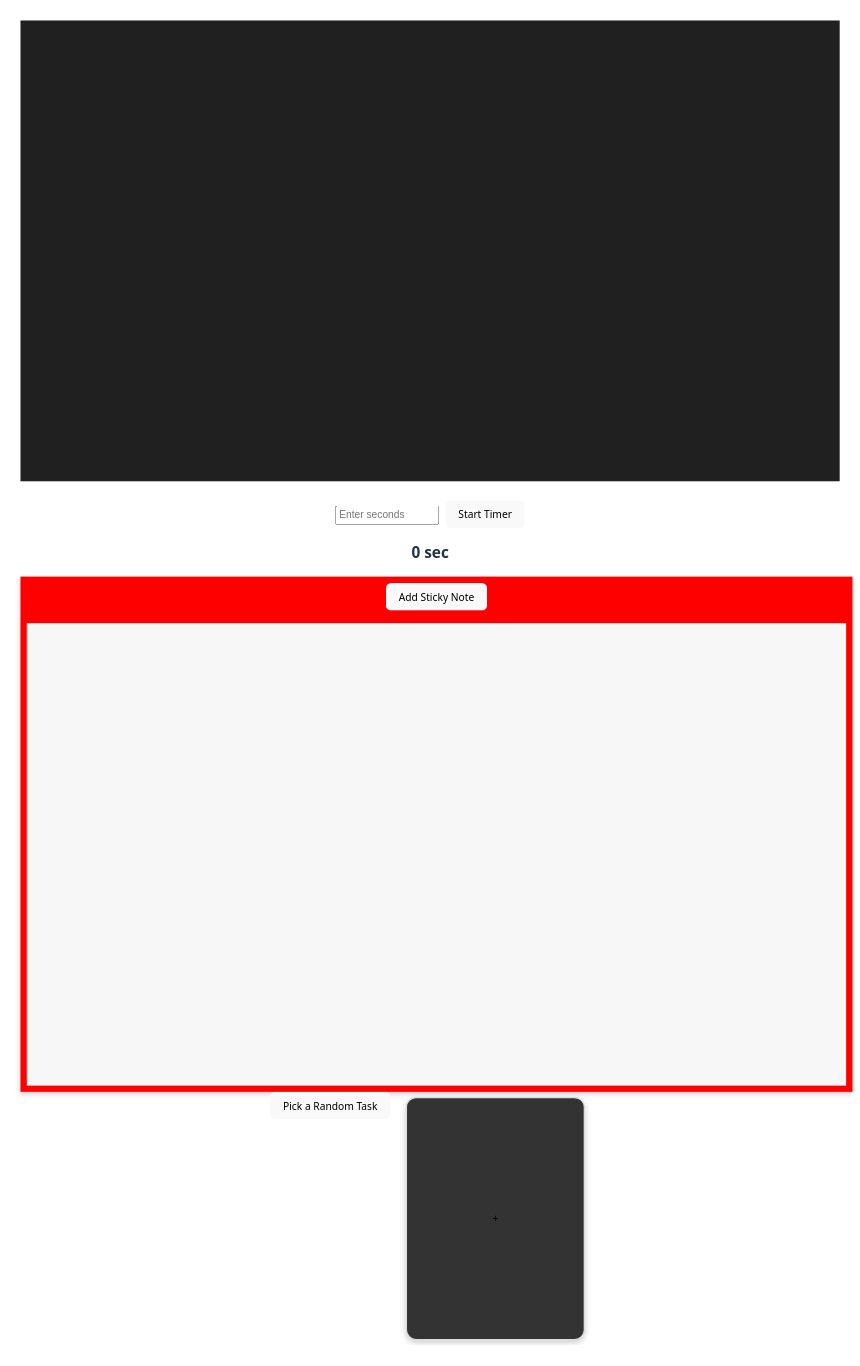
Repository: RamSivaSundaraKarthykeyan/Cards-Task
Page: /
The author's editor kept a copy of each file at every save. The page is drawn from the files as they stood at one save, then again after the next save.
The browser window is 1280 px wide. The page is 1344 px wide, so the pictures cover 1344 px, including what lies to the right of the window. The pictures show the whole page, at 64% of full size.
The project was rebuilt for these pictures with package versions that can differ from the ones it lists, and the page was loaded fresh each time. Also part of the build but not shown: vite.config.js, src/CSS/checkBox.css, src/components/CheckBox.jsx, src/CSS/TaskCard.css, src/components/TaskCard.jsx.

Above is the page before, as saved 2025-04-16 19:39:25.

After the next save:
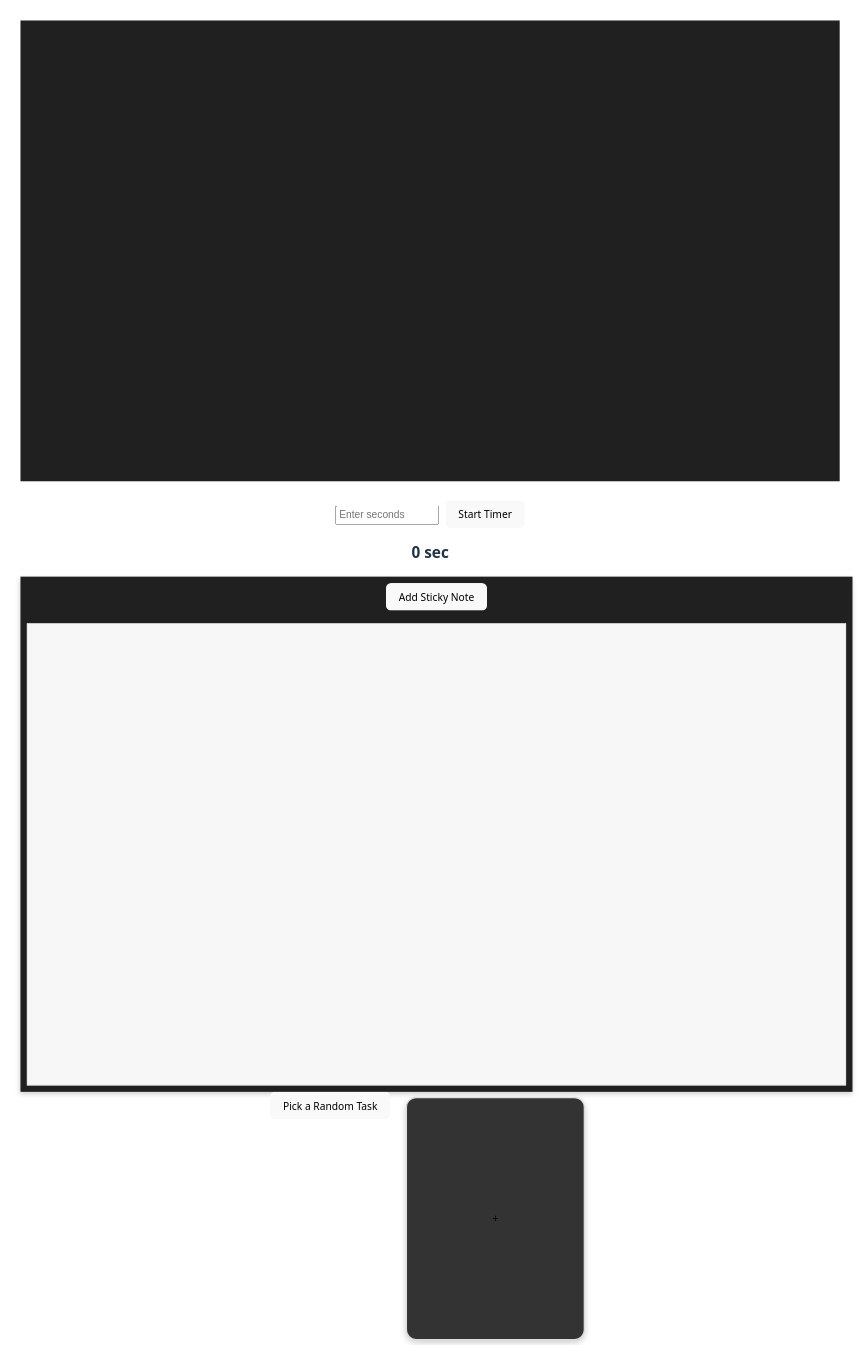
Saved 76 s later.
--- a/src/CSS/App.css
+++ b/src/CSS/App.css
@@ -65,7 +65,7 @@
   width: 200px;
   /* Or any narrower size */
   min-height: 150px;
-  background: rgb(255, 0, 0);
+  background: #202020;
   /* The note’s color */
   padding: 10px;
   box-shadow: 0 4px 8px rgba(0, 0, 0, 0.2);
